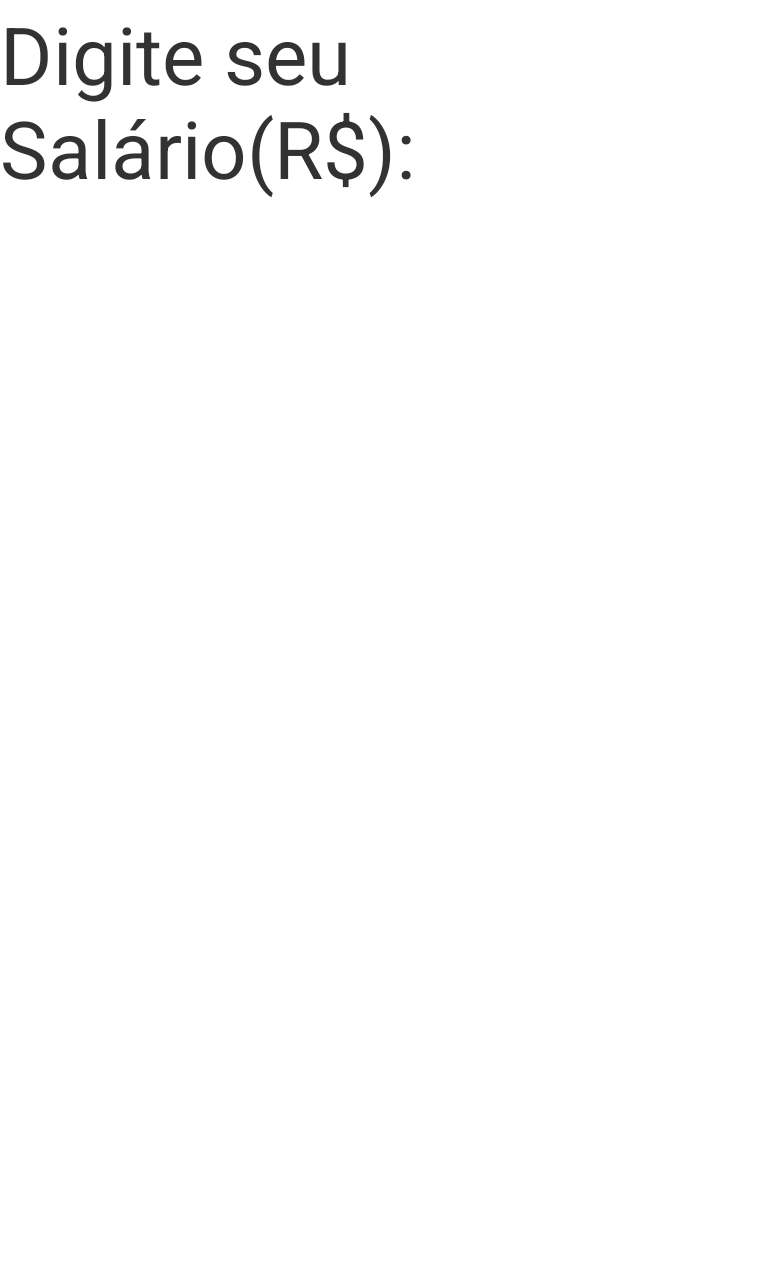
Repository: Rennanxp2/Android_Exercices_done
Layout: Exercícios Android 2/Ex3/res/layout/activity_salario.xml
These files come from the project's save history. The layout is drawn as it stood at one moment and after the next save; the edit follows.
It is drawn on a 768 x 1280 px phone screen (xhdpi) without system bars, with theme AppTheme; the app's code is not run.

Above is the layout before, as saved 2017-09-26 04:13:13.

### Exercícios Android 2/Ex3/res/layout/activity_salario.xml
<LinearLayout xmlns:android="http://schemas.android.com/apk/res/android"
    xmlns:tools="http://schemas.android.com/tools"
    android:id="@+id/LinearLayout1"
    android:layout_width="match_parent"
    android:layout_height="match_parent"
    android:orientation="vertical"
    tools:context="${relativePackage}.${activityClass}" >

    <LinearLayout
        android:layout_width="match_parent"
        android:gravity="center"
        android:layout_height="wrap_content" >

        <TextView
            android:id="@+id/textView1"
            android:layout_width="wrap_content"
            android:layout_height="wrap_content"
            android:layout_gravity="center"
            android:textSize="40dp"
            android:text="Digite seu Salário(R$):" />

    </LinearLayout>

</LinearLayout>

Loaded but not shown: Exercícios Android 2/Ex3/res/values/styles.xml (common file); Exercícios Android 2/Ex3/res/values-v11/styles.xml (common file); Exercícios Android 2/Ex3/res/values-v14/styles.xml (common file)

After the next save:
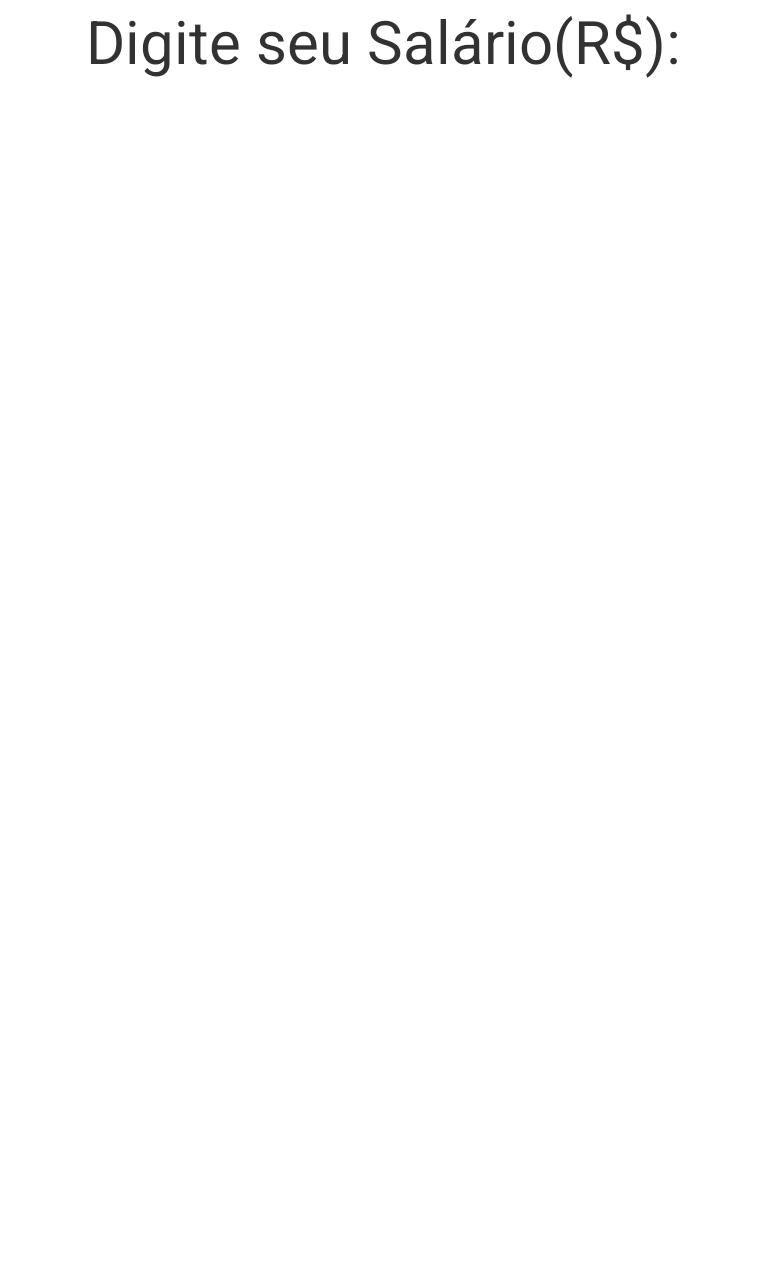
Saved 10 s later.
--- a/Exercícios Android 2/Ex3/res/layout/activity_salario.xml
+++ b/Exercícios Android 2/Ex3/res/layout/activity_salario.xml
@@ -16,7 +16,7 @@
             android:layout_width="wrap_content"
             android:layout_height="wrap_content"
             android:layout_gravity="center"
-            android:textSize="40dp"
+            android:textSize="30dp"
             android:text="Digite seu Salário(R$):" />
 
     </LinearLayout>
